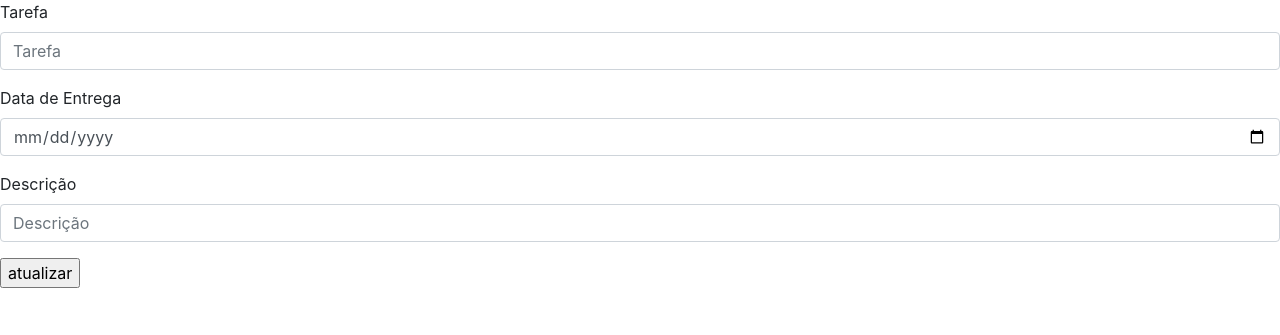
Repository: sophiaks/CRUD
Page: http://localhost/Projeto1/Views/atualiza.jsp
An editor plug-in stored every save of this project. The page is shown before and after the next save, followed by the edit.
The browser window is 1280 px wide. The pictures show the whole page.
The page is served by Tomcat 9. Nobody is signed in. The application's start-up code is not run. Other server files are loaded and not shown.

Above is the page before, as saved 2020-09-23 19:35:13.

### WorkspaceP1/Projeto1/WebContent/Views/atualiza.jsp
<%@ page language="java" contentType="text/html; charset=ISO-8859-1"
    pageEncoding="ISO-8859-1"%>
<%@ taglib uri="http://java.sun.com/jsp/jstl/core" prefix="c" %>
<%@ taglib uri="http://java.sun.com/jsp/jstl/fmt" prefix="fmt" %>
<%@ page import="java.util.*,br.edu.insper.*" %>


<!DOCTYPE html>
<html>
<head>
<meta charset="ISO-8859-1">
<title>Editar Tarefa</title>
<link href="<c:url value="/bootstrap/css/bootstrap.css"/>" rel="stylesheet">

</head>
<body>
	<jsp:useBean id="dao" class="br.edu.insper.DAO"/>
	<form action="atualiza" method="post">

	<div class="form-group">
			<label for="nome">Tarefa</label>
			<input type="text" name="nome" class="form-control" placeholder="Tarefa" value='${param.nome}'>
	</div>

	<div class="form-group">
			<label for="nome">Data de Entrega</label>
			<input type="date" name="entrega" class="form-control" placeholder="Data de Entrega" value='${param.entrega}'>
	</div>

	<div class="form-group">
		<label for="descricao">Descrição</label>
		<input type="text" name="descricao" class="form-control" placeholder="Descrição" value='${param.descricao}'>
	</div>


	<input type='hidden' name='id' value='${param.id}'>

	<input type='submit' value='atualizar'>
	</form>
</body>
</html>

### WorkspaceP1/Projeto1/src/br/edu/insper/model/DAO.java
package br.edu.insper;
import java.sql.Connection;
import java.sql.DriverManager;
import java.sql.PreparedStatement;
import java.sql.ResultSet;
import java.sql.SQLException;
import java.util.ArrayList;
import java.util.List;


public class DAO {
	private Connection connection = null;

	public DAO () throws ClassNotFoundException, SQLException {
		Class.forName("com.mysql.jdbc.Driver");
		connection = DriverManager.getConnection("jdbc:mysql://127.0.0.1:3306/tarefas?serverTimezone=UTC", "root", "^^b^@JVg^x!6");
	}

	public List<Tarefa> getLista() throws SQLException {
		List<Tarefa> tarefas = new ArrayList<Tarefa>();

		PreparedStatement stmt = connection.prepareStatement("SELECT * FROM tarefa;");
		ResultSet rs = stmt.executeQuery();

		while (rs.next()) {
			Tarefa tarefa = new Tarefa();

			tarefa.setId(rs.getInt("id"));
			tarefa.setNome(rs.getString("tarefa"));
			tarefa.setEntrega(rs.getString("data"));
			tarefa.setDescricao(rs.getString("descricao"));
			tarefas.add(tarefa);
			}

		rs.close();
		stmt.close();

		return tarefas;

		}

	public void close() throws SQLException {
		connection.close();
	}

	public void adiciona(Tarefa tarefa) throws SQLException {
		String sql = "INSERT INTO Tarefa" + "(tarefa, data, descricao) VALUES (?,?,?)";
		PreparedStatement stmt = connection.prepareStatement(sql);
		stmt.setString(1, tarefa.getNome());
		stmt.setString(2, tarefa.getEntrega());
		stmt.setString(3, tarefa.getDescricao());
		stmt.execute();
		stmt.close();
	}

	public void atualiza(Tarefa tarefa) throws SQLException {
		String sql = "UPDATE Tarefa SET " + "tarefa=?, data=?, descricao=? WHERE id=?";
		PreparedStatement stmt = connection.prepareStatement(sql);
		stmt.setString(1, tarefa.getNome());
		stmt.setString(2, tarefa.getEntrega());
		stmt.setString(3, tarefa.getDescricao());
		stmt.setInt(4, tarefa.getId());
		stmt.execute();
		stmt.close();
	}

	public void remove(Integer id) throws SQLException {
		PreparedStatement stmt = connection.prepareStatement("DELETE FROM Tarefa WHERE id=?");
		stmt.setInt(1,  id);
		stmt.execute();
		stmt.close();
	}
}

Loaded but not shown: WorkspaceP1/Projeto1/WebContent/bootstrap/css/bootstrap.css (library)

After the next save:
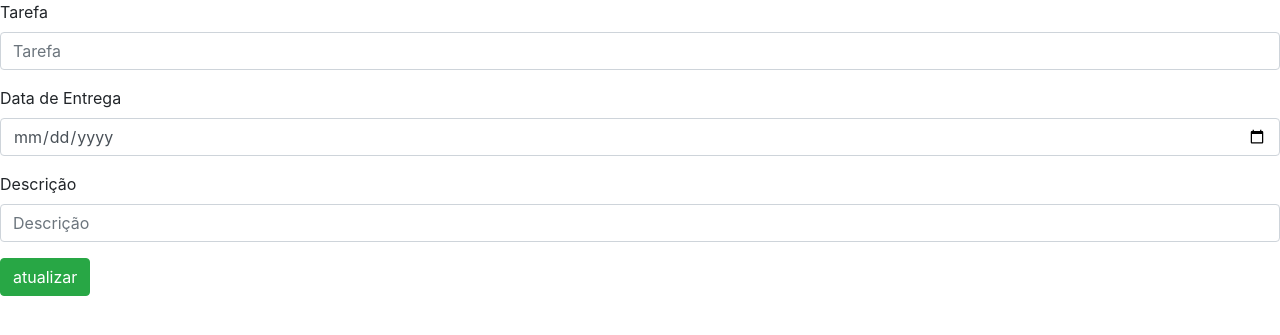
Saved 26 s later.
--- a/WorkspaceP1/Projeto1/WebContent/Views/atualiza.jsp
+++ b/WorkspaceP1/Projeto1/WebContent/Views/atualiza.jsp
@@ -35,7 +35,7 @@
 
 	<input type='hidden' name='id' value='${param.id}'>
 
-	<input type='submit' value='atualizar'>
+	<input type='submit' value='atualizar' class="btn btn-success">
 	</form>
 </body>
 </html>
